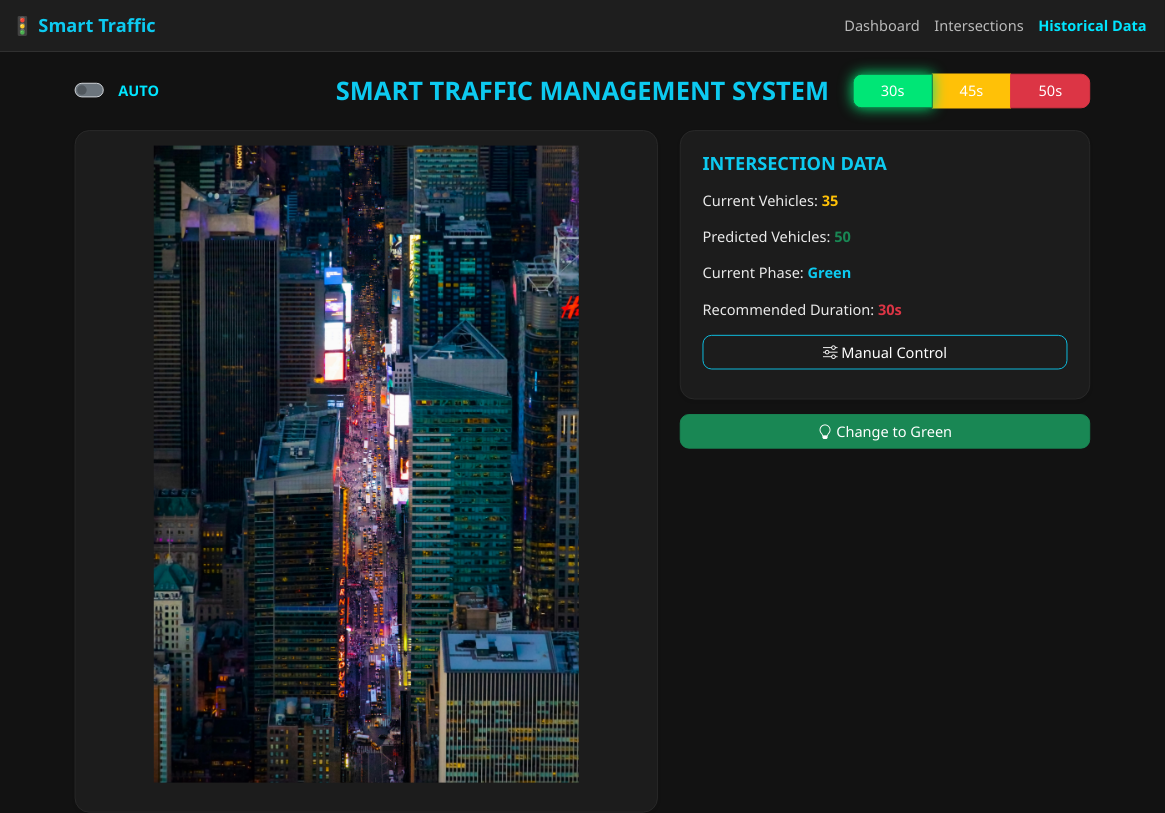
Repository: ayushkrpal/traffic-dashboard
Page: http://localhost/intersections
The author's editor kept a copy of each file at every save. The page is drawn from the files as they stood at one save, then again after a run of saves.
The browser window is 1280 px wide. The pictures show the whole page, at 91% of full size.
The page is served by the project's Node server (server.js). Other server files are loaded and not shown.

Above is the page before, as saved 2025-09-02 15:47:08.

### views/intersections.ejs
<!DOCTYPE html>
<html lang="en">
<head>
  <meta charset="UTF-8">
  <title>Intersections</title>
  <link href="https://cdn.jsdelivr.net/npm/bootstrap@5.3.0/dist/css/bootstrap.min.css" rel="stylesheet">
  <link href="https://cdn.jsdelivr.net/npm/bootstrap-icons/font/bootstrap-icons.css" rel="stylesheet">

  <style>
    body {
      background-color: #121212;
      color: #eaeaea;  /* brighter text */
      font-family: 'Segoe UI', sans-serif;
    }

    /* Navbar */
    .navbar {
      background: #1e1e1e;
      border-bottom: 1px solid #333;
    }
    .navbar-brand {
      font-weight: bold;
    }
    .nav-link {
      color: #bbb !important;
      transition: color 0.2s ease;
    }
    .nav-link:hover {
      color: #00e5ff !important;
    }
    .nav-link.active {
      color: #00e5ff !important;
      font-weight: bold;
    }

    /* Cards */
    .card {
      background: #1c1c1c;
      border-radius: 16px;
      border: 1px solid #2a2a2a;
      box-shadow: 0 4px 20px rgba(0,0,0,0.7);
      color: #eaeaea;
    }

    /* Intersection image */
   .intersection-img img {
  max-height: 700px;
  width: 100%;         /* make it responsive */
  height: auto;        /* maintain aspect ratio */
  object-fit: contain; /* prevent stretching/cropping */
  transition: transform 0.3s ease;
}
.intersection-img img:hover {
  transform: scale(1.02); /* subtle zoom on hover */
}


    /* Buttons */
    .btn-custom {
      border-radius: 10px;
      transition: all 0.3s ease;
      font-weight: 500;
      color: #fff !important;
    }
    .btn-custom:hover {
      transform: translateY(-2px);
      box-shadow: 0 6px 16px rgba(0,0,0,0.6);
    }

    /* Signal buttons */
    .btn-success.active {
      background: #00e676 !important;
      box-shadow: 0 0 15px #00e676;
    }
    .btn-warning.active {
      background: #ffc107 !important;   /* darker amber instead of bright yellow */
      color: #000 !important;
      box-shadow: 0 0 15px #ffc107;
    }
    .btn-danger.active {
      background: #ff1744 !important;
      box-shadow: 0 0 15px #ff1744;
    }

    /* Toggle label */
    #modeLabel {
      font-weight: bold;
    }
    #modeLabel.text-primary { color: #00e5ff !important; }
    #modeLabel.text-danger { color: #ff4081 !important; }
  </style>
</head>

<body>

  <!-- Navbar -->
  <nav class="navbar navbar-expand-lg navbar-dark">
    <div class="container-fluid">
      <a class="navbar-brand text-info" href="/">🚦 Smart Traffic</a>
      <button class="navbar-toggler" type="button" data-bs-toggle="collapse" data-bs-target="#navbarNav">
        <span class="navbar-toggler-icon"></span>
      </button>

      <div class="collapse navbar-collapse" id="navbarNav">
        <ul class="navbar-nav ms-auto">
          <li class="nav-item"><a class="nav-link" href="/">Dashboard</a></li>
          <li class="nav-item"><a class="nav-link" href="/intersections">Intersections</a></li>
          <li class="nav-item"><a class="nav-link active" href="/historical">Historical Data</a></li>
        </ul>
      </div>
    </div>
  </nav>

  <!-- Header Row -->
  <div class="container mt-4">
    <div class="row align-items-center mb-4">
      <!-- Left: Auto/Manual Toggle -->
      <div class="col-md-3 d-flex align-items-center">
        <div class="form-check form-switch">
          <input class="form-check-input bg-secondary" type="checkbox" role="switch" id="modeToggle">
          <label class="form-check-label ms-2" for="modeToggle"><span id="modeLabel" class="text-primary">AUTO</span></label>
        </div>
      </div>

      <!-- Center: Title -->
      <div class="col-md-6 text-center">
        <h3 class="fw-bold m-0 text-info">SMART TRAFFIC MANAGEMENT SYSTEM</h3>
      </div>

      <!-- Right: Signal Toggle Group -->
      <div class="col-md-3">
        <div class="btn-group w-100" role="group" aria-label="Signal Timing">
          <button type="button" class="btn btn-success btn-custom active" data-time="30">30s</button>
          <button type="button" class="btn btn-warning btn-custom" data-time="45">45s</button>
          <button type="button" class="btn btn-danger btn-custom" data-time="50">50s</button>
        </div>
      </div>
    </div>

    <!-- Content Row -->
    <div class="row">
      <!-- Left intersection graphic -->
      <div class="col-md-7">
        <div class="card p-3 text-center shadow-sm intersection-img">
          <img src="/pic/pic2.jpg"
               alt="intersection" class="img-fluid mb-3">
        </div>
      </div>

      <!-- Right intersection data -->
      <div class="col-md-5">
        <div class="card p-4 mb-3 shadow-sm">
          <h5 class="fw-bold mb-3 text-info">INTERSECTION DATA</h5>
          <p>Current Vehicles: <span class="text-warning fw-bold"><%= currentVehicles %></span></p>
          <p>Predicted Vehicles: <span class="text-success fw-bold"><%= predictedVehicles %></span></p>
          <p>Current Phase: <span class="text-info fw-bold"><%= currentPhase %></span></p>
          <p>Recommended Duration: <span class="text-danger fw-bold"><%= duration %>s</span></p>
          <button class="btn btn-outline-info w-100 btn-custom mb-2">
            <i class="bi bi-sliders"></i> Manual Control
          </button>
        </div>
        <button class="btn btn-success w-100 btn-custom">
          <i class="bi bi-lightbulb"></i> Change to Green
        </button>
      </div>
    </div>
  </div>

  <!-- Bootstrap JS -->
  <script src="https://cdn.jsdelivr.net/npm/bootstrap@5.3.0/dist/js/bootstrap.bundle.min.js"></script>

  <!-- Custom Script -->
  <script>
    const modeToggle = document.getElementById("modeToggle");
    const modeLabel = document.getElementById("modeLabel");

    modeToggle.addEventListener("change", () => {
      if (modeToggle.checked) {
        modeLabel.textContent = "MANUAL";
        modeLabel.classList.add("text-danger");
        modeLabel.classList.remove("text-primary");
      } else {
        modeLabel.textContent = "AUTO";
        modeLabel.classList.add("text-primary");
        modeLabel.classList.remove("text-danger");
      }
    });

    const signalButtons = document.querySelectorAll(".btn-group button");

    signalButtons.forEach(btn => {
      btn.addEventListener("click", () => {
        signalButtons.forEach(b => b.classList.remove("active"));
        btn.classList.add("active");

        const selectedTime = btn.getAttribute("data-time");
        console.log("Selected duration:", selectedTime + "s");
      });
    });
  </script>
</body>
</html>

### server.js
const express = require("express");
const app = express();

const path = require("path");

//sokcket io runs only on http server
//SOCKET-IO

const http=require('http');

const socketio=require('socket.io');

const server  = http.createServer(app);

const io = socketio(server);



//mongoose setup
const mongoose = require("mongoose");

// Import model
const IntersectionModel = require("./models/intersection");

// EJS setup
app.set("view engine", "ejs");
app.set("views", path.join(__dirname, "views"));



// Static files
app.use(express.static(path.join(__dirname, "public")));




io.on("connection", (socket) => {
  console.log("Client connected");

  // Client asks for data of a clicked intersection
  socket.on("getIntersectionData", (id) => {
    const fakeData = {
      id,
      name: id === 1 ? "Park Street" : id === 2 ? "Howrah Bridge" : "Salt Lake",
      currentVehicles: Math.floor(Math.random() * 50),
      predictedVehicles: Math.floor(Math.random() * 60),
      currentPhase: ["RED", "GREEN", "YELLOW"][Math.floor(Math.random() * 3)],
      duration: Math.floor(Math.random() * 60)
    };
    socket.emit("intersectionData", fakeData);
  });

  // Manual signal control
    socket.on("changeSignal", ({ id, color }) => {
    console.log(`Intersection ${id} changed to ${color}`);
    // TODO: later update database/ML/device here
  });
});


// Connect to MongoDB
mongoose.connect("mongodb://127.0.0.1:27017/traffic")
  .then(() => console.log("Connected to MongoDB"))
  .catch(err => console.error("MongoDB connection error:", err));


// ---------------- Routes ----------------

// Dashboard (Map)
app.get("/", async (req, res) => {
    res.render("index");

});

// Seed test data
app.get("/seed", async (req, res) => {
  try {
    await IntersectionModel.create([
      { id: 1, name: "Intersection A", lat: 28.61, lng: 77.21, status: "normal", volume: 1200, avgDelay: 30 },
      { id: 2, name: "Intersection B", lat: 28.62, lng: 77.22, status: "congested", volume: 2500, avgDelay: 90 }
    ]);
    res.send("Seeded sample data!");
  } catch (err) {
    console.error("Error seeding data:", err);
    res.status(500).send("Error seeding data");
  }
});

// Historical chart page
app.get("/historical", (req, res) => {
  res.render("historical", {
    labels: ["6 AM", "9 AM", "12 PM", "3 PM", "6 PM"],
    data: [50, 120, 90, 200, 150, 180],
    averageVehicles: 360,
    avgTime: "03:15"
  });
});


// Intersection details (example page)
app.get("/intersections", (req, res) => {
  res.render("intersections", {
    currentVehicles: 35,
    predictedVehicles: 50,
    currentPhase: "Green",
    duration: 30
  });
});

// ---------------- Start Server ----------------
server.listen(3000, () => {
  console.log("Server running at http://localhost:3000");
});

After the next 2 saves:
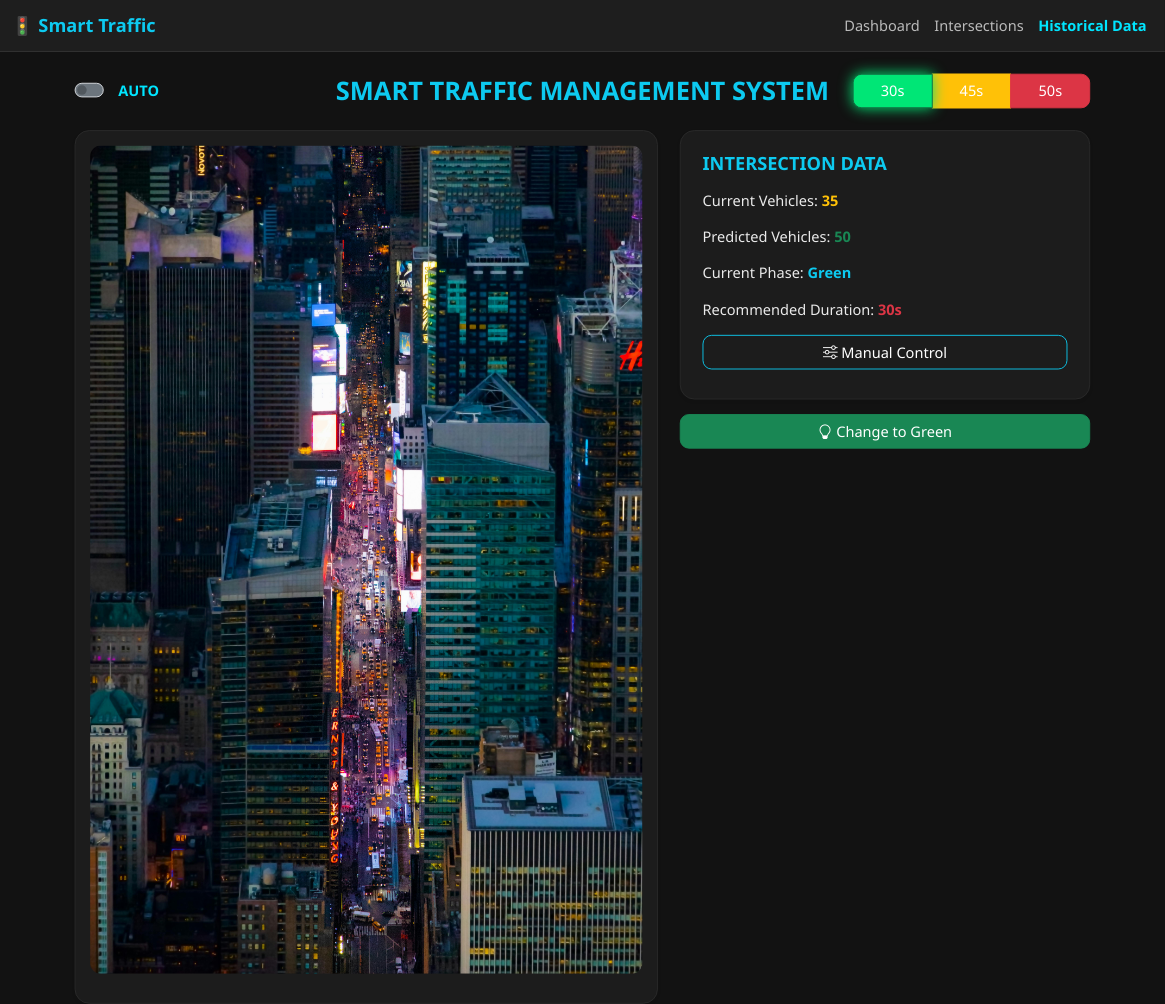
The 2 saves are shown as one change because they came seconds apart.
The last was saved 89 s later.
--- a/views/intersections.ejs
+++ b/views/intersections.ejs
@@ -43,16 +43,26 @@
     }
 
     /* Intersection image */
-   .intersection-img img {
-  max-height: 700px;
-  width: 100%;         /* make it responsive */
-  height: auto;        /* maintain aspect ratio */
-  object-fit: contain; /* prevent stretching/cropping */
+.intersection-img {
+  height: 100%;          /* card takes full height */
+  display: flex;         /* center the image */
+  align-items: center;
+  justify-content: center;
+}
+
+.intersection-img img {
+  width: 100%;           /* fill card’s width */
+  height: 100%;          /* fill card’s height */
+  object-fit: cover;     /* cover the card while preserving aspect ratio */
+  border-radius: 12px;   /* match card corners */
   transition: transform 0.3s ease;
 }
+
 .intersection-img img:hover {
-  transform: scale(1.02); /* subtle zoom on hover */
+  transform: scale(1.02); /* subtle zoom */
 }
+
+
 
 
     /* Buttons */
